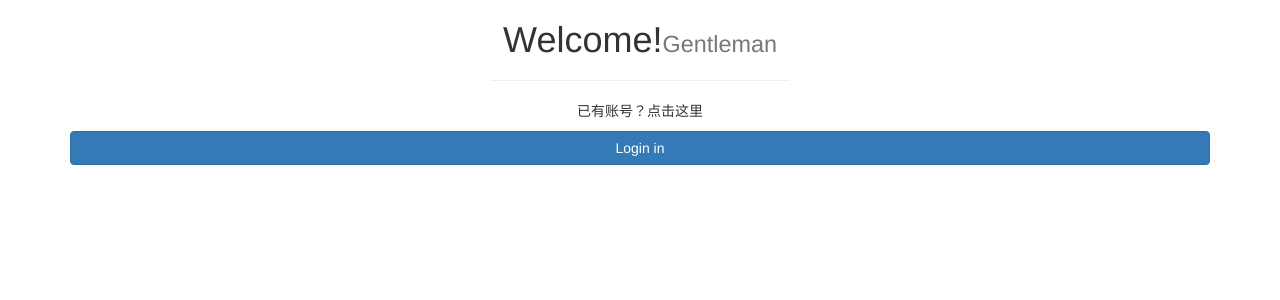
Repository: JasonBour/Beautypedia
Page: http://localhost/
An editor plug-in stored every save of this project. The page is shown before and after the next save, followed by the edit.
The browser window is 1280 px wide. The pictures show the whole page.
The page is run by PHP 8.4 with error messages shown; the project is at /var/www/html/.

Above is the page before, as saved 2015-09-13 12:27:05.

After the next save:
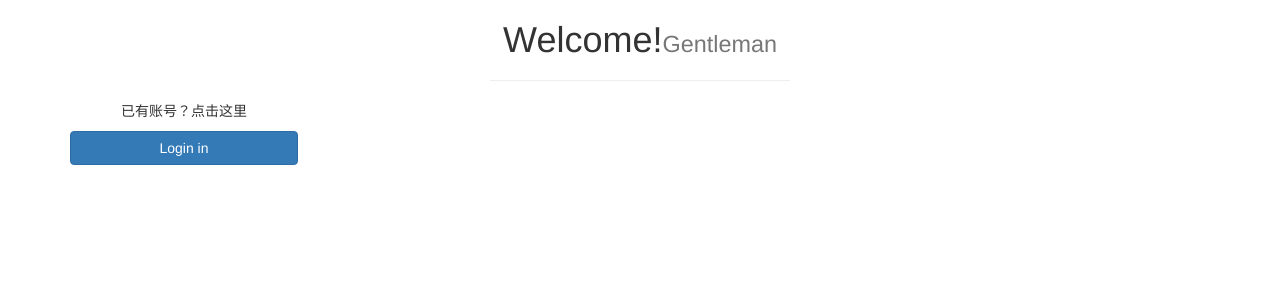
Saved 31 s later.
--- a/Beautypedia/css/index.css
+++ b/Beautypedia/css/index.css
@@ -4,3 +4,8 @@ div.container{
 
 
 }
+div.login{
+	width:20%;
+
+
+}
